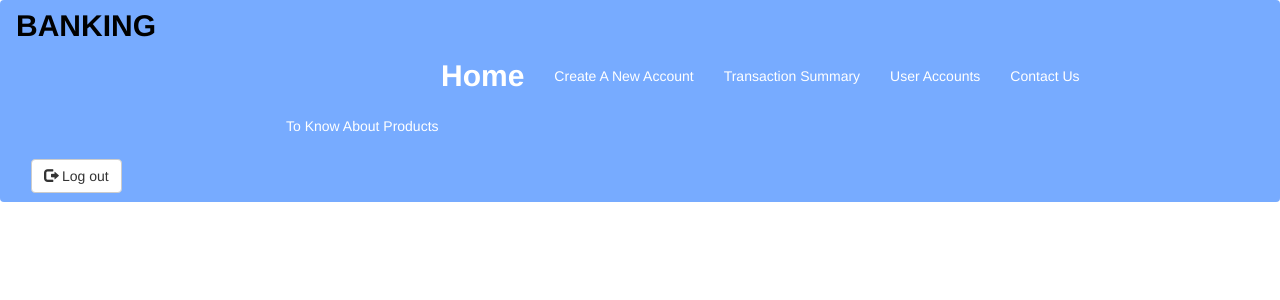
Repository: rukmini10/DXC
Page: http://localhost/Account/AdminHeader.jsp
These files come from the project's save history. The page is drawn as it stood at one moment and after the next save; the edit follows.
The browser window is 1280 px wide. The pictures show the whole page.
Some web libraries are served in a nearby version. The page is served by Tomcat 9. Other server files are loaded and not shown.

Above is the page before, as saved 2022-05-03 12:49:04.

### DXC_MAVEN/Account/src/main/webapp/AdminHeader.jsp
<%@ page language="java" contentType="text/html; charset=ISO-8859-1"
    pageEncoding="ISO-8859-1"%>
<!DOCTYPE html PUBLIC "-//W3C//DTD HTML 4.01 Transitional//EN" "http://www.w3.org/TR/html4/loose.dtd">
<html lang="en">
<head>
  <title>Online Banking Application</title>
  <meta charset="utf-8">
  <meta name="viewport" content="width=device-width, initial-scale=1">
  <link rel="stylesheet" href="https://maxcdn.bootstrapcdn.com/bootstrap/3.3.7/css/bootstrap.min.css">
  <script src="https://ajax.googleapis.com/ajax/libs/jquery/3.2.1/jquery.min.js"></script>
  <script src="https://maxcdn.bootstrapcdn.com/bootstrap/3.3.7/js/bootstrap.min.js"></script>
</head>
<body>

<nav class="navbar navbar-light" style="background-color: #77abff;"">
  <div class="container-fluid">
    <div class="navbar-header">
      <a class="navbar-brand" href="#" style="color:black;font-size:30px;font-weight:bold;">BANKING</a>
    </div>
    <ul style="padding-left:255px" class="nav navbar-nav">
      <li style="color:black;font-size:30px;font-weight:bold;padding-left:155px" class="active"><a href="#" style="color:white">Home</a></li>
      <li><a href="createAccount.obj" style="color:white"> Create A New Account</a></li>
      <li><a href="viewStatement.obj" style="color:white">Transaction Summary</a></li>
	  <li><a href="#" style="color:white">User Accounts</a></li>
	  <li><a href="#" style="color:white">Contact Us</a></li>
	  <li><a href="#" style="color:white">To Know About Products</a></li>
    </ul>

    <form class="navbar-form navbar-left ">

	  <a href="logout.obj" class="btn btn-default btn-md">
          <span class="glyphicon glyphicon-log-out"></span> Log out
      </a>

    </form>
  </div>
</nav>

After the next save:
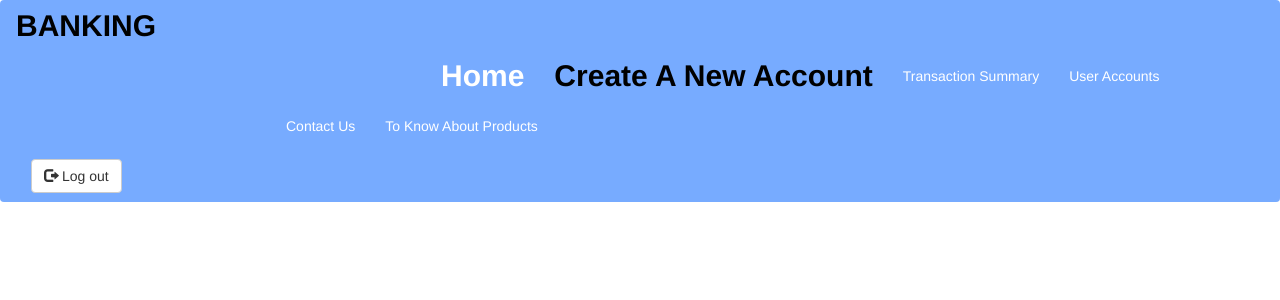
Saved 15 s later.
--- a/DXC_MAVEN/Account/src/main/webapp/AdminHeader.jsp
+++ b/DXC_MAVEN/Account/src/main/webapp/AdminHeader.jsp
@@ -19,7 +19,7 @@
     </div>
     <ul style="padding-left:255px" class="nav navbar-nav">
       <li style="color:black;font-size:30px;font-weight:bold;padding-left:155px" class="active"><a href="#" style="color:white">Home</a></li>
-      <li><a href="createAccount.obj" style="color:white"> Create A New Account</a></li>
+      <li><a href="createAccount.obj" style="color:black;font-size:30px;font-weight:bold;"> Create A New Account</a></li>
       <li><a href="viewStatement.obj" style="color:white">Transaction Summary</a></li>
 	  <li><a href="#" style="color:white">User Accounts</a></li>
 	  <li><a href="#" style="color:white">Contact Us</a></li>
